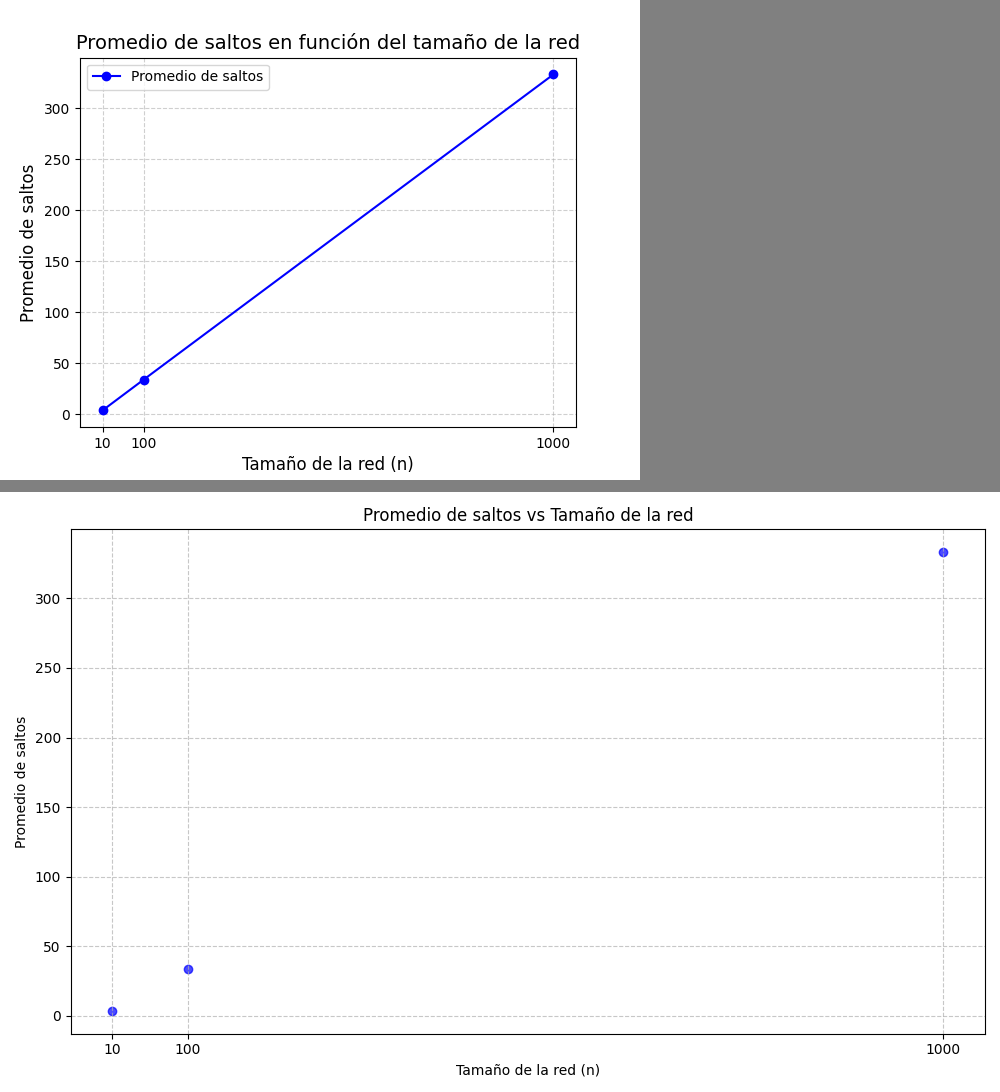
Repository: Carpinteron/TallerrRedes
Script's output: python SimulacionTaller.py
The author's editor kept a copy of each file at every save. The script's output is drawn from the files as they stood at one save, then again after a run of saves.
Each picture stacks the figures in order, with grey between them; figures that are only written to a file come last. Random numbers start from a fixed seed.

Above is the script's output before, as saved 2025-02-11 08:41:22.

### SimulacionTaller.py
import random # importar librería random para la generación de valores aleatorios
from fractions import Fraction # importar librería Fraction para el manejo de fracciones
import matplotlib.pyplot as plt # importar librería matplotlib para la generación de gráficas

num_experimentos = 50000 # número de experimentos a realizar, recomendable mayor a 1000
def calcular_saltos_promedio(n, num_experimentos): # función para calcular el promedio de saltos promedio
    total_saltos = 0
    for _ in range(num_experimentos):
        # Seleccionar dos nodos diferentes A y B
        (A, B)= random.sample(range(n), 2) # se seleccionan dos nodos aleatorios diferentes

        # Calcular la distancia (número de saltos) entre A y B
        saltos = abs(A - B) # se calcula como el valor absoluto de la diferencia entre A y B

        # Sumar al total de saltos
        total_saltos += saltos

    # Calcular el promedio de saltos
    promedio_saltos = total_saltos / num_experimentos # obtener el promedio como número real
    prom_frac=Fraction(total_saltos, num_experimentos) # obtener el promedio en forma de fracción
    return promedio_saltos, prom_frac

# Tamaños de red a simular
tamanos_red = [10, 100, 1000] # 10 pequeño - 100 mediano - 1000 grande

# Lista para almacenar los resultados
promedios = []

# Realizar la simulación para cada tamaño de red
for n in tamanos_red:
    promedio = calcular_saltos_promedio(n, num_experimentos)
    print(f"\nPara una red de {n} nodos, el promedio de saltos es: {promedio[0]} o {promedio[1]}")
    promedios.append(promedio[0])

    #print(F"Promedio teórico: {(n+1)/3}")

#GRAFICAS
# Gráfico de líneas
plt.plot(tamanos_red, promedios, marker='o', linestyle='-', color='b', label='Promedio de saltos')

# Personalizar el gráfico
plt.title('Promedio de saltos en función del tamaño de la red', fontsize=14)
plt.xlabel('Tamaño de la red (n)', fontsize=12)
plt.ylabel('Promedio de saltos', fontsize=12)
plt.xticks(tamanos_red)  # Asegura que todos los valores de n se muestren en el eje X
plt.grid(True, linestyle='--', alpha=0.6)  # Agrega una cuadrícula
plt.legend()  # Muestra la leyenda

# Mostrar el gráfico
plt.show()

""""""
# Graficar los resultados como dispersión
plt.figure(figsize=(10, 6)) # Ajustar el tamaño de la figura
plt.scatter(tamanos_red, promedios, color='b', alpha=0.7)
plt.xlabel('Tamaño de la red (n)')
plt.ylabel('Promedio de saltos')
plt.title('Promedio de saltos vs Tamaño de la red')
plt.xticks(tamanos_red) # Asegurarse de que todos los tamaños de red estén en el eje x
plt.grid(True, linestyle='--', alpha=0.7) # Mejorar la visualización de la cuadrícula
plt.tight_layout() # Ajustar el layout para que todo se vea bien
plt.show()

After the next 2 saves:
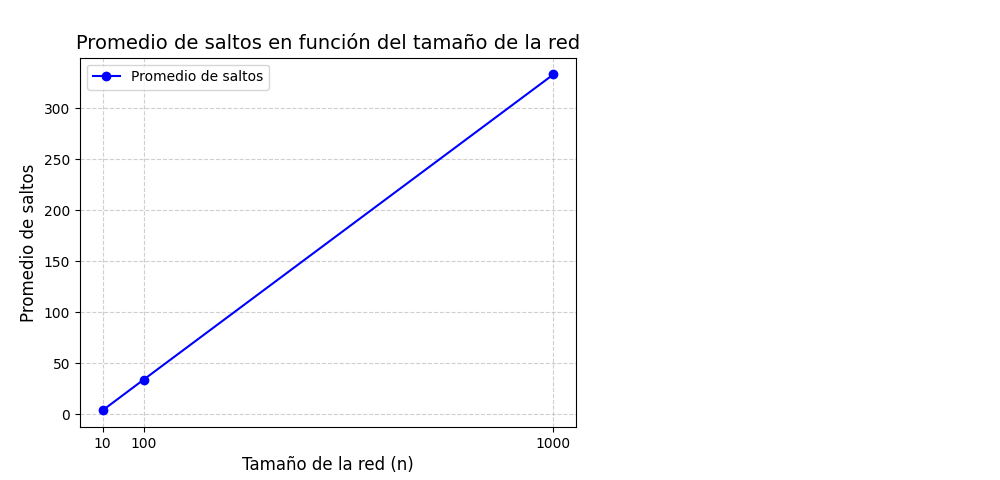
The 2 saves are shown as one change because they came seconds apart.
The last was saved 6 s later.
--- a/SimulacionTaller.py
+++ b/SimulacionTaller.py
@@ -49,7 +49,7 @@ plt.legend()  # Muestra la leyenda
 # Mostrar el gráfico
 plt.show()
 
-""""""
+"""
 # Graficar los resultados como dispersión
 plt.figure(figsize=(10, 6)) # Ajustar el tamaño de la figura
 plt.scatter(tamanos_red, promedios, color='b', alpha=0.7)
@@ -60,3 +60,4 @@ plt.xticks(tamanos_red) # Asegurarse de que todos los tamaños de red estén en
 plt.grid(True, linestyle='--', alpha=0.7) # Mejorar la visualización de la cuadrícula
 plt.tight_layout() # Ajustar el layout para que todo se vea bien
 plt.show()
+"""
